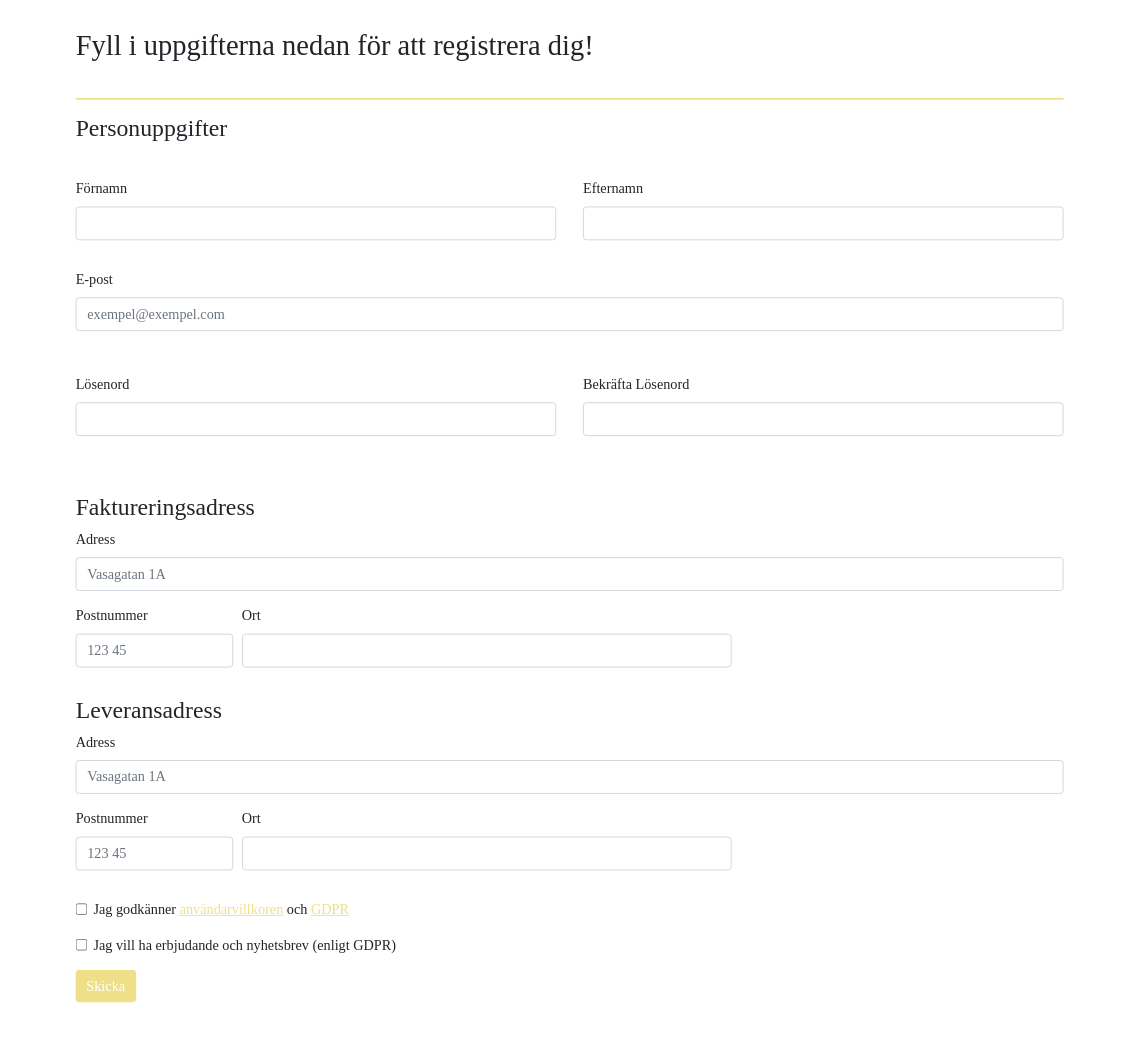
Repository: skepp4rn/Liamsuppgift3
Page: index.html
The author's editor kept a copy of each file at every save. The page is drawn from the files as they stood at one save, then again after the next save.
The browser window is 1280 px wide. The pictures show the whole page, at 89% of full size.
Some web libraries are served in a nearby version.

Above is the page before, as saved 2020-12-06 13:25:30.
Console error (its wording comes from the project's code and is left out).

### index.html
<!DOCTYPE html>
<html lang="sv">
<head>
    <meta charset="UTF-8">
    <meta name="viewport" content="width=device-width, initial-scale=1.0">
    <script src="https://kit.fontawesome.com/ef4c0722a8.js" crossorigin="anonymous"></script>
    <link rel="stylesheet" href="https://cdn.jsdelivr.net/npm/bootstrap@4.5.3/dist/css/bootstrap.min.css" integrity="sha384-TX8t27EcRE3e/ihU7zmQxVncDAy5uIKz4rEkgIXeMed4M0jlfIDPvg6uqKI2xXr2" crossorigin="anonymous">
    <link rel="stylesheet" href="css/style.css">
     <title>Registreringsfromulär</title>
</head>
<body>


    <section class="container">
        <div class="formReg1">
            <h2>Fyll i uppgifterna nedan för att registrera dig!</h2>
        </div>
    </section>


    <form class="container" oninput='up2.setCustomValidity(up2.value != up.value ? "Passwords do not match." : "")'>
        <div class="linje"></div>
        <div>
            <h3>Personuppgifter</h3>
        </div>


        <div class="row">
            <div class="col">
                <label for="firstname">Förnamn</label>
                <input id="firstname" type="text" class="form-control" required>
            </div>

            <div class="col">
                <label for="lastname">Efternamn</label>
                <input id="lastname" type="text" class="form-control" required>
            </div>
        </div>


        <div class="form-group">
            <label for="exampleInputEmail1">E-post</label>
            <input type="email" class="form-control" id="exampleInputEmail1" aria-describedby="emailHelp" placeholder="exempel@exempel.com" required>
        </div>


        <div class="row">
            <div class="col">
                <div class="form-group">
                    <label for="exampleInputPassword1">Lösenord</label>
                    <input type="password" class="form-control" name="up" id="exampleInputPassword1" required>
                </div>
            </div>
            <div class="col">
                <div class="form-group space">
                    <label for="exampleInputPassword2">Bekräfta Lösenord</label>
                    <input type="password" class="form-control" name="up2" id="exampleInputPassword2" required>
                </div>
            </div>
        </div>


        <div class="adress1"></div>
        <div>
            <h3>Faktureringsadress</h3>
        </div>


        <div class="form-group">
            <label for="inputAddress">Adress</label>
            <input type="text" class="form-control" id="inputAddress" placeholder="Vasagatan 1A" required>
        </div>


        <div class="form-row">
            <div class="form-group col-md-2">
                <label for="inputZip">Postnummer</label>
                <input type="text" class="form-control" id="inputZip" placeholder="123 45" required>
            </div>
            <div class="form-group col-md-6 bottenspace">
                <label for="inputCity">Ort</label>
                <input type="text" class="form-control" id="inputCity" required>
            </div>
        </div>


        <div class="adress1"></div>
        <div>
            <h3>Leveransadress</h3>
        </div>


        <div class="form-group">
            <label for="inputAddress">Adress</label>
            <input type="text" class="form-control" id="inputAddress" placeholder="Vasagatan 1A" required>
        </div>


        <div class="form-row">
            <div class="form-group col-md-2">
                <label for="inputZip">Postnummer</label>
                <input type="text" class="form-control" id="inputZip" placeholder="123 45" required>
            </div>
            <div class="form-group col-md-6 bottenspace">
                <label for="inputCity">Ort</label>
                <input type="text" class="form-control" id="inputCity" required>
            </div>
        </div>


        <div class="form-group form-check">
            <input type="checkbox" class="form-check-input" id="exampleCheck1" required>
            <label class="form-check-label" for="exampleCheck1">Jag godkänner <a class="linktext" href="anvandrarvillkor.html">användarvillkoren</a> och <a class="linktext" href="GDPR.html">GDPR</a></label>
        </div>


        <div class="form-group form-check">
            <input type="checkbox" class="form-check-input" id="exampleCheck2">
            <label class="form-check-label" for="exampleCheck1">Jag vill ha erbjudande och nyhetsbrev (enligt GDPR)</label>
        </div>


        <div class="button-center">
            <button formaction="thankyou.html" type="submit" class="colorbutton btn btn-primary">Skicka</button>
        </div>


        <div class="whitespace"></div>
    </form>

    <script src="https://cdn.jsdelivr.net/npm/bootstrap@4.5.3/dist/js/bootstrap.bundle.min.js" integrity="sha384-ho+j7jyWK8fNQe+A12Hb8AhRq26LrZ/JpcUGGOn+Y7RsweNrtN/tE3MoK7ZeZDyx" crossorigin="anonymous"></script>
</body>
</html>

### css/style.css
*{box-sizing:border-box}

html,body{margin:0;padding:0;font-family:'Times New Roman', Times, serif}
h3{font-size:20pt}.container{width:95vw;margin:auto}
.row{padding-top:2rem;display:grid;grid-template-columns:2fr;grid-template-rows:2fr 2fr}
.col{padding-bottom:2rem}
.whitespace{height:3rem}
@media (min-width: 768px){.row{display:grid;grid-template-rows:2fr;grid-template-columns:2fr 2fr}
.closepage{width:12vw;height:7vw !important;font-size:25pt}
.formReg1{grid-template-rows:15fr 1fr !important;padding-top:2rem;padding-bottom:2rem}
.thanks{width:70vw;margin:auto;height:40vw}
.thankyou{text-align:center;padding:2rem}}
@media (min-width: 1900px){.container{width:100vw !important}
.thanks{width:50vw;margin:auto;height:20vw}.tillbaka{width:12vw !important;height:2.5vw !important;font-size:20pt}
.formReg1{grid-template-rows:15fr 1fr !important;padding-top:2rem;padding-bottom:2rem}}
#firstname{color:grey}
#lastname{color:grey}
#exampleInputEmail1{color:grey}
#exampleInputPassword1{color:grey}
#exampleInputPassword2{color:grey}
.button{padding-top:1rem;display:flex;justify-content:center}
.colorbutton{background-color:#eedf88;border:none}
.linje{height:2px;background-color:#eedf88;margin-bottom:1rem}
.bottenspace{margin-bottom:2rem}
.linktext{color:#eedf88;text-decoration:underline}
.tacktack{border:2px solid #eedf88;border-radius:10px;display:grid;grid-template-columns:1fr;grid-template-rows:3fr 1fr;justify-items:center;margin-top:8rem}
.tackruta{text-align:center;padding:2rem}
.tillbaka{background-color:#eedf88;border-radius:8px;text-align:center;width:40vw;height:7vw}
.tillbaka a{color:#ffffff;text-decoration:none}
.home{text-align:center}
.centrerade{display:grid;grid-template-columns:1fr;grid-template-rows:27fr 1fr;justify-items:center;margin:auto}
.gdpr{text-align:center}.welcome{padding-top:2rem;text-align:center}
.welcome h2{color:#eedf88}
.space{padding-bottom:1rem}

After the next save:
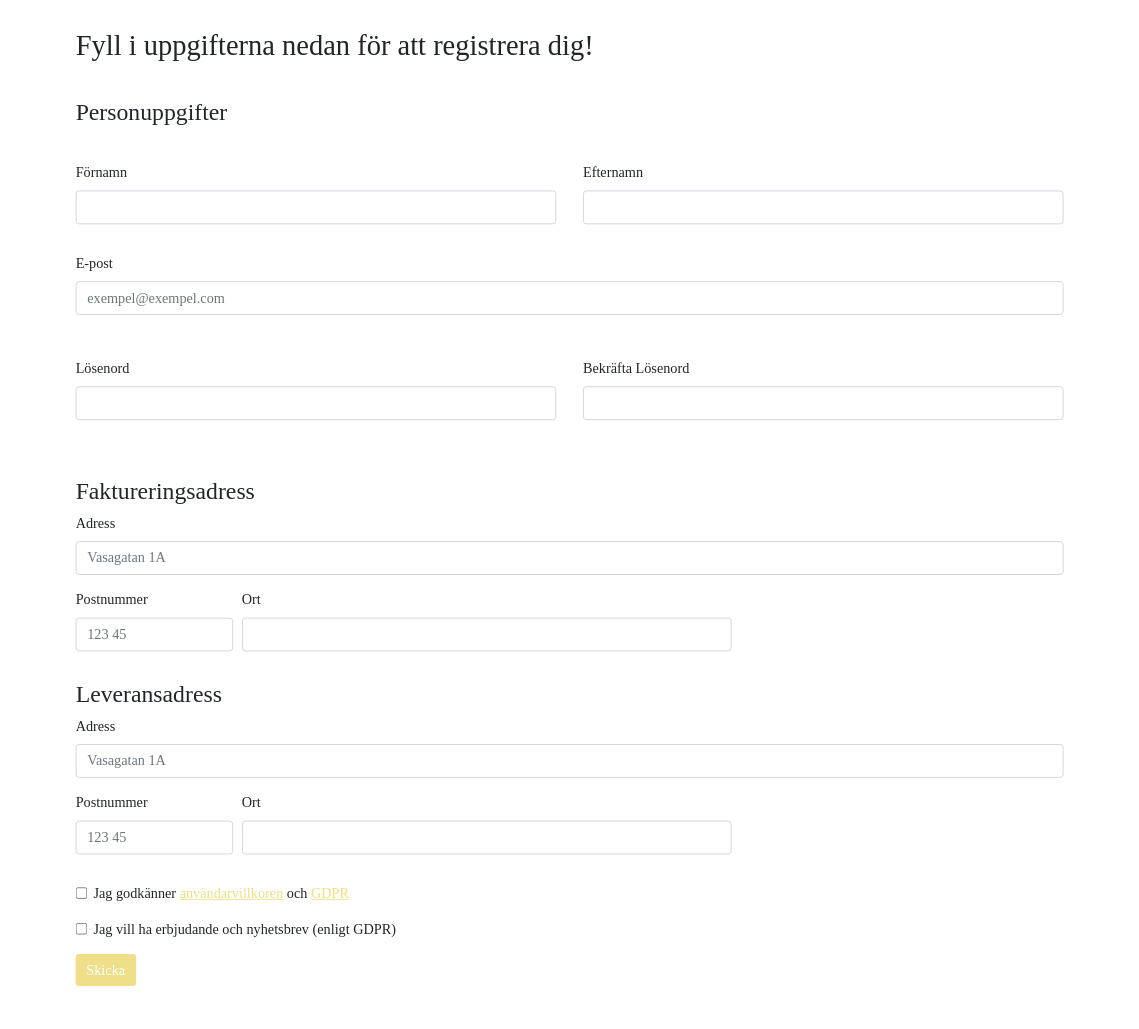
Saved 10 s later.
--- a/index.html
+++ b/index.html
@@ -19,7 +19,7 @@
 
 
     <form class="container" oninput='up2.setCustomValidity(up2.value != up.value ? "Passwords do not match." : "")'>
-        <div class="linje"></div>
+        <div class="line"></div>
         <div>
             <h3>Personuppgifter</h3>
         </div>
